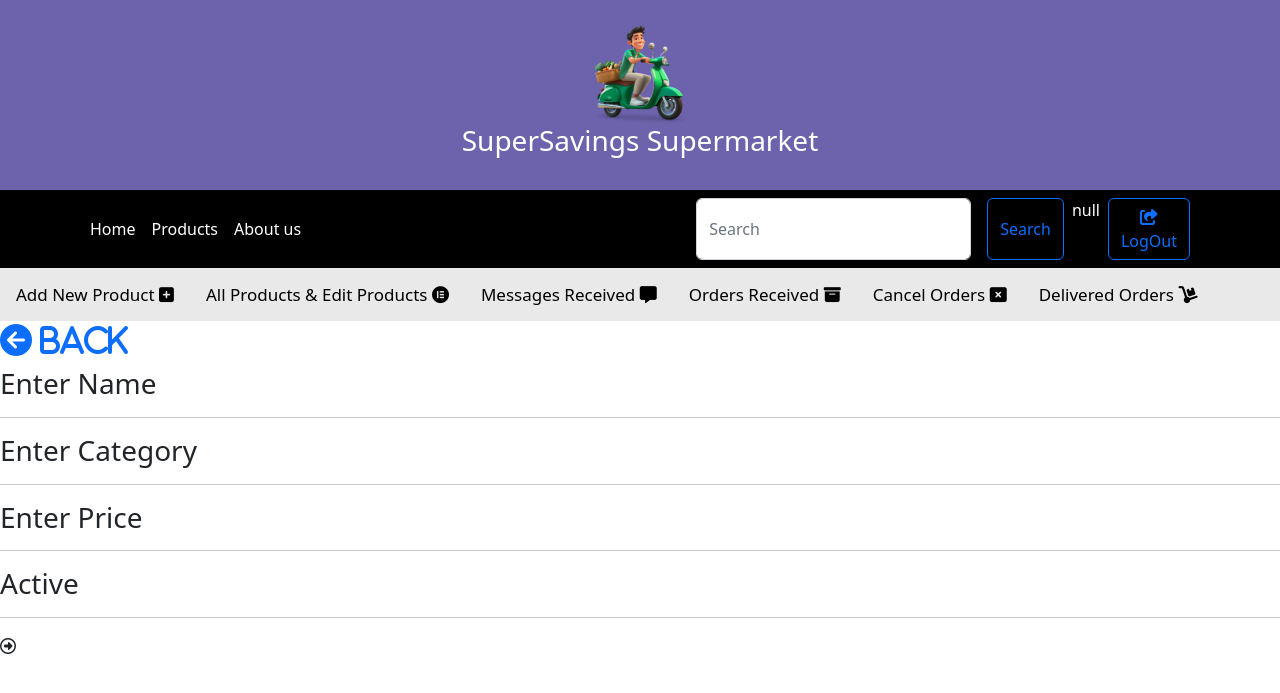
Repository: Raviraj39/SuperSaving-Online-Supermarket-Website
Page: http://localhost/Super_market/editProduct.jsp
These files come from the project's save history. The page is drawn as it stood at one moment and after the next save; the edit follows.
The browser window is 1280 px wide. The pictures show the whole page.
The page is served by Tomcat 9.

Above is the page before, as saved 2023-12-21 19:36:46.

After the next save:
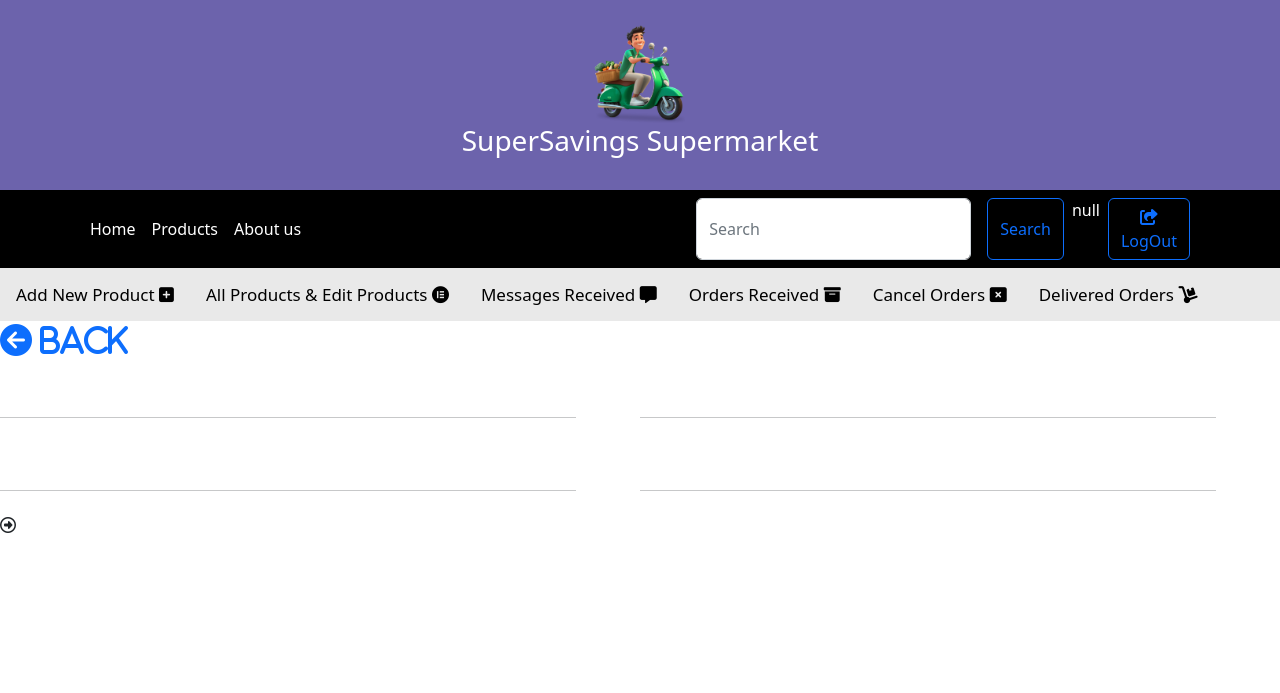
Saved 69 s later.
--- a/Super_market/src/main/webapp/editProduct.jsp
+++ b/Super_market/src/main/webapp/editProduct.jsp
@@ -9,7 +9,7 @@
 <head>
 <meta charset="ISO-8859-1">
 <title>SuperSaving Supermarket</title>
-<link rel="stylesheet" href="css/homestyle.css">
+<link rel="stylesheet" href="css/addproduct.css">
 <link rel="stylesheet" href="https://cdnjs.cloudflare.com/ajax/libs/font-awesome/6.5.1/css/all.min.css" integrity="sha512-DTOQO9RWCH3ppGqcWaEA1BIZOC6xxalwEsw9c2QQeAIftl+Vegovlnee1c9QX4TctnWMn13TZye+giMm8e2LwA==" crossorigin="anonymous" referrerpolicy="no-referrer" />
 <link href="https://cdn.jsdelivr.net/npm/bootstrap@5.2.3/dist/css/bootstrap.min.css" rel="stylesheet"
 		integrity="sha384-rbsA2VBKQhggwzxH7pPCaAqO46MgnOM80zW1RWuH61DGLwZJEdK2Kadq2F9CUG65" crossorigin="anonymous">
